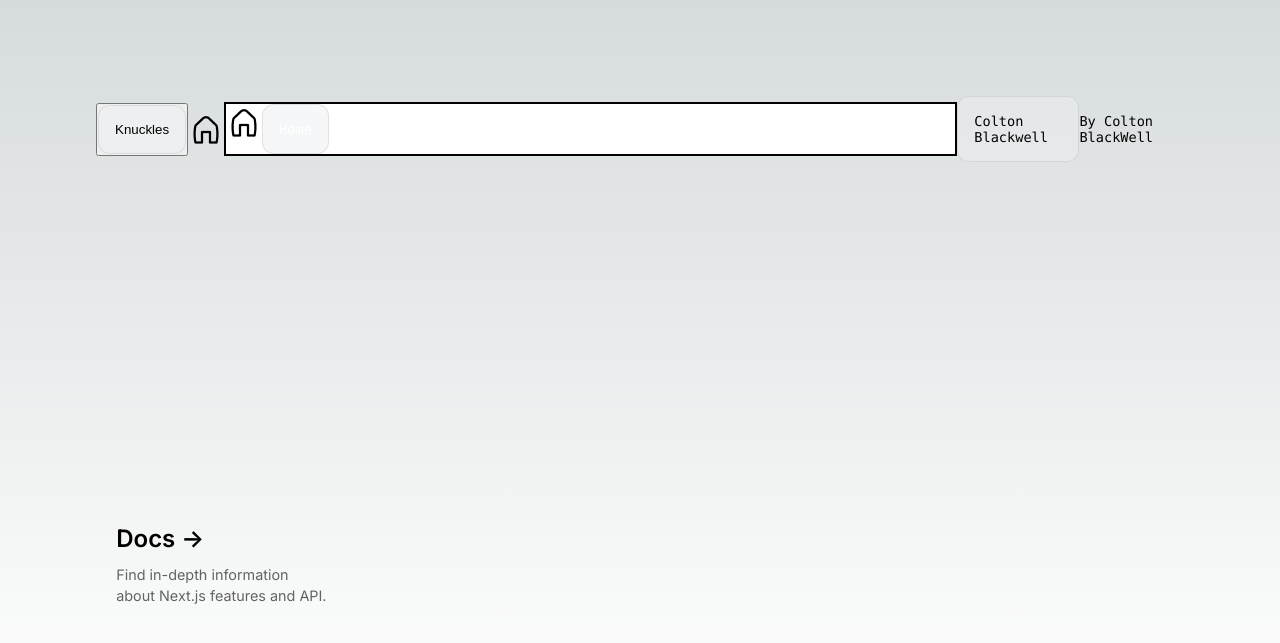
Repository: coltonBlackwell/Music_Quiz
Page: /
These files come from the project's save history. The page is drawn as it stood at one moment and after the next save; the edit follows.
The browser window is 1280 px wide. The pictures show the whole page.
The project was rebuilt for these pictures with package versions that can differ from the ones it lists, and the page was loaded fresh each time. The framework's server and built-in components were replaced by stand-ins that run in the browser. Also part of the build but not shown: next.config.mjs.

Above is the page before, as saved 2024-06-30 14:33:56.

After the next save:
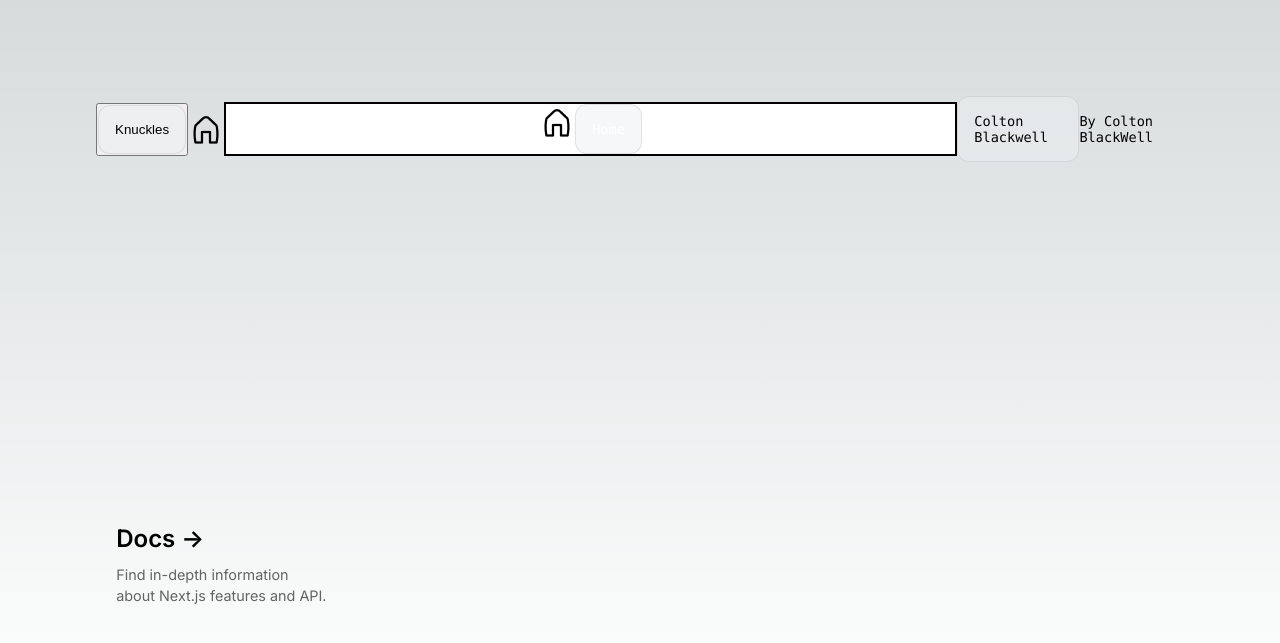
Saved 18 s later.
--- a/components/molecules/icon_home_Navigation.tsx
+++ b/components/molecules/icon_home_Navigation.tsx
@@ -3,7 +3,7 @@ import HomeIcon from "../../components/atoms/icon_home"
 
 export default function Icon_Home_Navigation(){
     return(
-        <div style={{ border: '2px solid black', width: '100%', backgroundColor: "white", color:"white", display:"flex", flexDirection:'row' }}>
+        <div style={{ border: '2px solid black', width: '100%', backgroundColor: "white", color:"white", display:"flex", flexDirection:'row', justifyContent:'center' }}>
             <HomeIcon />
             <p>Home</p>
         </div>
